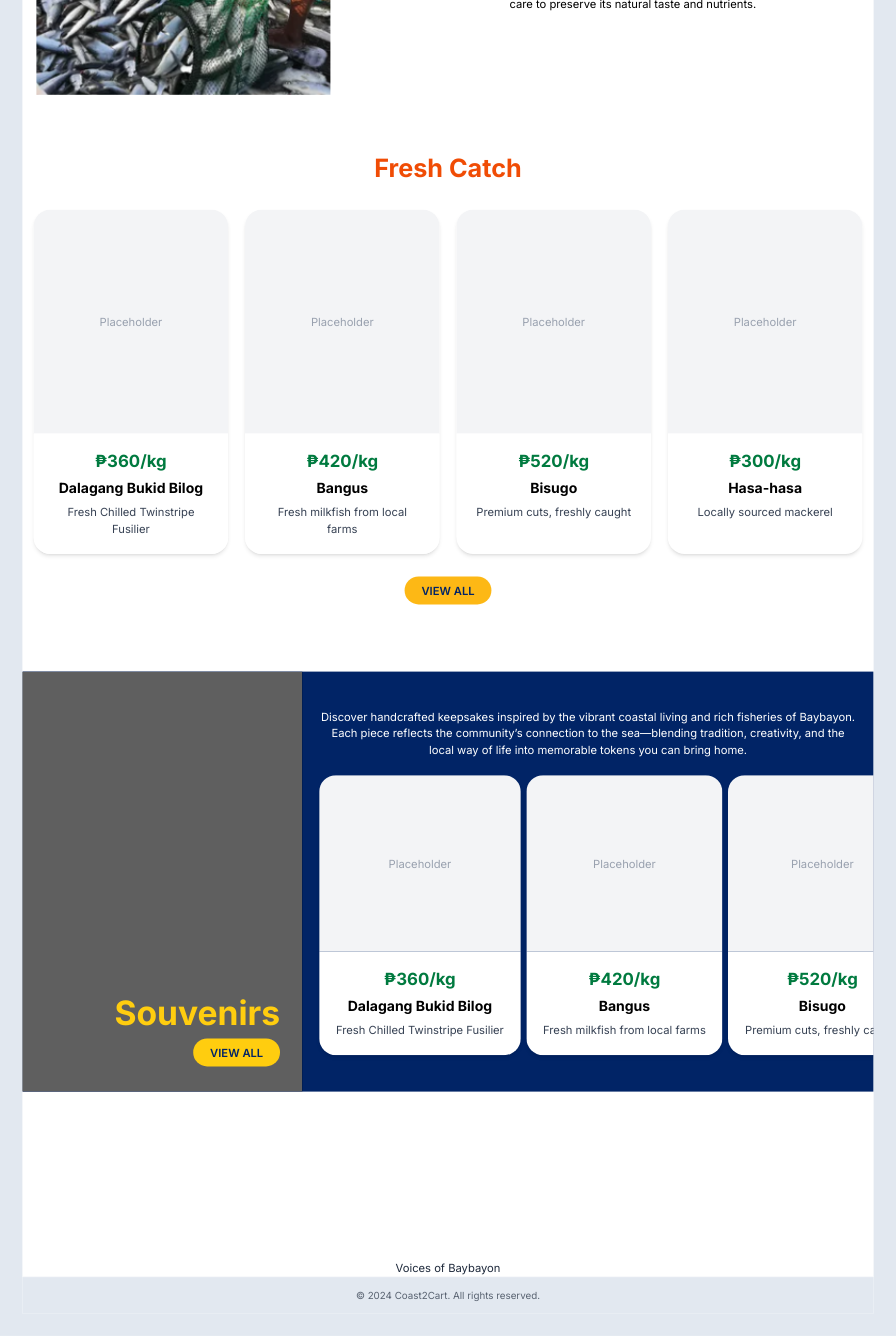
Repository: Coast2Card/coast2cart-frontend
Page: /
An editor plug-in stored every save of this project. The page is shown before and after the next save, followed by the edit.
The browser window is 1280 px wide. The pictures show the part of the page from y = 1909 to 3829 px (the page is 3817 px tall before and 3829 px after), at 70% of full size.
Pictures or frames that could not be fetched are drawn as grey boxes. The project was rebuilt for these pictures with package versions that can differ from the ones it lists, and the page was loaded fresh each time. Also part of the build but not shown: vite.config.js, src/pages/Seafood.jsx, src/pages/Souvenirs.jsx, src/pages/About.jsx, src/pages/Cart.jsx, src/pages/Profile.jsx, src/pages/Colors.jsx.

Above is the page before, as saved 2025-09-13 22:55:49.

After the next save:
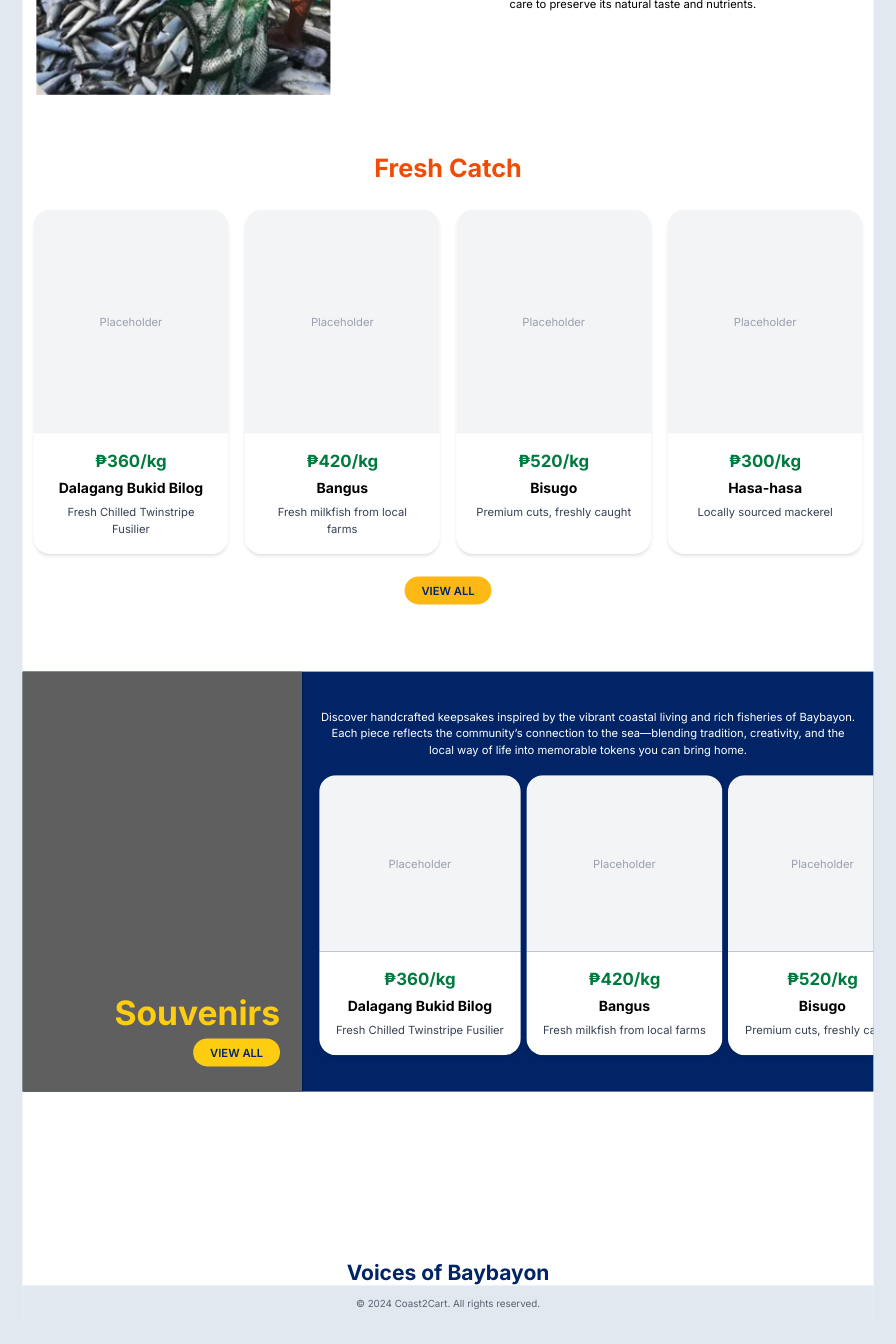
Saved 13 s later.
--- a/src/pages/Home.jsx
+++ b/src/pages/Home.jsx
@@ -77,7 +77,7 @@ const Home = () => {
         <HomeSouvenirs />
       </section>
       <section className="">
-        <p>Voices of Baybayon</p>
+        <p className="text-primary text-3xl font-bold">Voices of Baybayon</p>
       </section>
     </main>
   );
